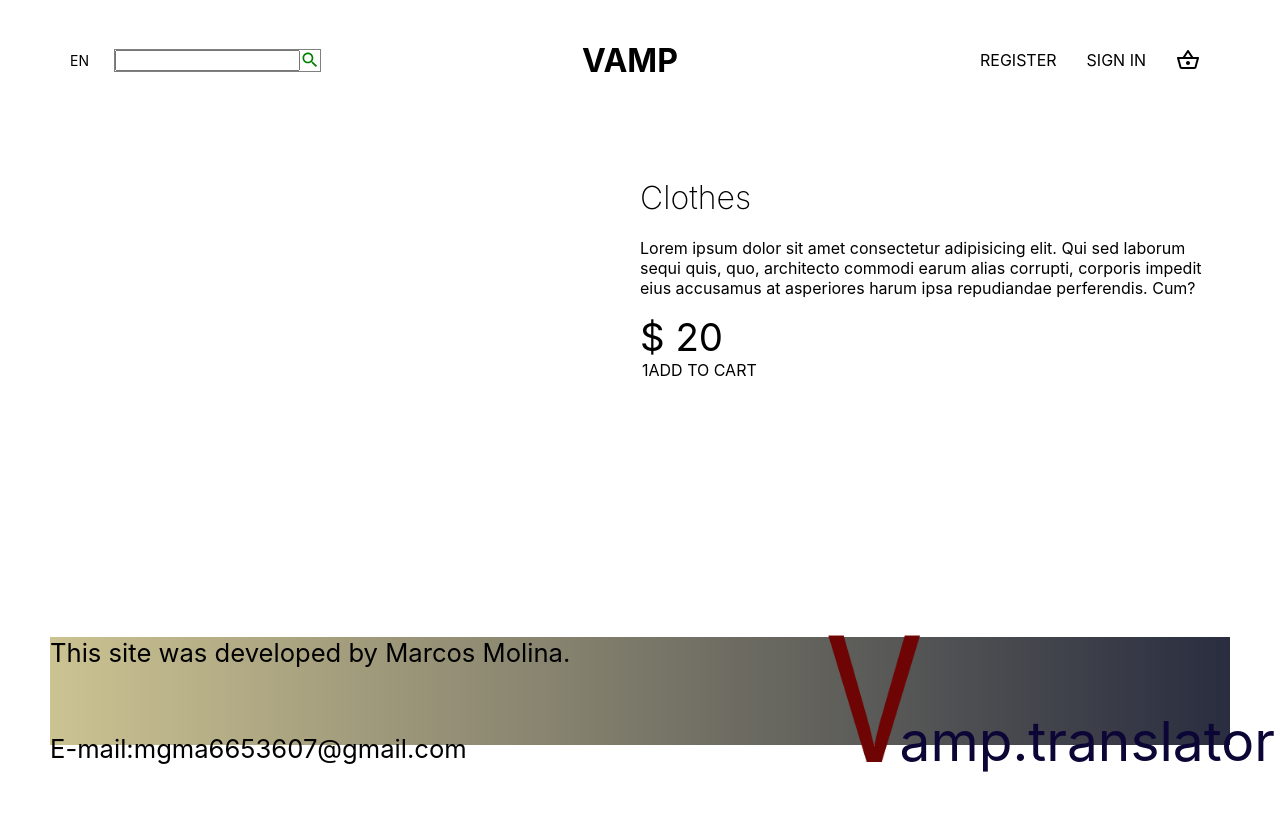
Repository: mgma2005/ecoeli
Page: /
The author's editor kept a copy of each file at every save. The page is drawn from the files as they stood at one save, then again after a run of saves.
The browser window is 1280 px wide. The pictures show the part of the page from y = 173 to 993 px (the page is 993 px tall).
The project was rebuilt for these pictures with package versions that can differ from the ones it lists, and the page was loaded fresh each time. Also part of the build but not shown: src/App.css.

Above is the page before, as saved 2022-05-14 18:06:46.

### src/App.js

import './App.css';
//import Home from './pages/Home';
import React from 'react';
//import ProductList from './pages/ProductList';
import Product from './pages/Product';


function App() {
  return <Product />
}

export default App;

### src/pages/Product.jsx
import { Add } from "@material-ui/icons";
import { Remove } from "@material-ui/icons";
import styled from "styled-components";
import Announcement from "../Components/Announcement";
import Navbar from '../pages/Navbar';
import Footer from '../Components/Footer';




const Container = styled.div`
  padding: 50px;

`;

const Wrapper = styled.div`
  display: flex;
`;

const ImgContainer = styled.div`
  flex: 1;
`;

const Image = styled.div`
  width: 100%;
  height: 90vh;
  object-fit: cover;
  background
`;

const InfoContainer = styled.div`
  flex: 1;
  padding: 0px 50 px;
`;

const Title = styled.h1`
  font-weight: 200;
  margin-top: 20%;
`;

const Desc = styled.p``;

const Price = styled.span`
  font-size: 3vw;
`;

const AddContainer = styled.option`
  display: flex;
  align-items: center;
  width: 50%;
  justify-content: space-between;
`;
const AmountContainer = styled.div`
  display: flex;
  align-items: center;
`;
const Amount = styled.span``;

const Button = styled.button`

`;


const Product = ({ item }) => {
  return (
    <Container>
        <Announcement/>
        <Navbar/>
        <Wrapper>
        <ImgContainer>
        <Image src=""/>
        </ImgContainer>
        <InfoContainer>
          <Title>Clothes</Title>
          <Desc>Lorem ipsum dolor sit amet consectetur adipisicing elit. Qui sed laborum sequi quis, quo, architecto commodi earum alias corrupti, corporis impedit eius accusamus at asperiores harum ipsa repudiandae perferendis. Cum? </Desc>
          <Price>$ 20</Price>
          <AddContainer>

            <AmountContainer>
              <Remove/>
              <Amount>1</Amount>
              <Add/>
            </AmountContainer>
            <Button>ADD TO CART</Button>
          </AddContainer>
        </InfoContainer>
      </Wrapper>
      <Footer />
    </Container>
  );
};

export default Product;

### src/Components/Announcement.jsx
import styled from "styled-components";
import React from "react";

const Text = styled.div`
  font-size: 5vw;
  text-align: center;
  background-image: url("https://img.freepik.com/foto-gratis/bandera-argentina-sobre-fondo-blanco_532129-292.jpg?w=900");
  background-size: 20vw;
  background-repeat: no-repeat;
  background-position: center;



`

const P = styled.div`
  font-size: 3vw;
`


const Announcement = () => {
  return (
    <Text>
          Wellcome to Miss Argentina...
        <P>
          the most beautifull footwear ever!
        </P>
    </Text>
  )
}

export default Announcement

### src/pages/Navbar.jsx
import React from 'react';
import styled from 'styled-components';
import { Search, ShoppingBasketOutlined } from "@material-ui/icons";
import { Badge } from '@material-ui/core';



const Container = styled.div`
height: 60px;

`

const Wrapper = styled.div`
padding: 10px 20px;
display: flex;
align-items: center;
justify-content: space-between;

`

const Left = styled.div`
flex: 1;
display: flex;
align-items: center;
`

const Language = styled.span`
    font-size: 14px;
    cursor: pointer;
`

const SearchContainer = styled.div`
    border: 1px solid gray;
    display: flex;
    align-items: center;
    margin-left: 25px;
`

const Input = styled.input`
    border= none;
`
const Logo = styled.h1`
    font-weight: bold;
`


const Center = styled.div`
flex: 1;
text-align: center;
`
const Right = styled.div`
flex: 1;
display: flex;
align-items: center;
justify-content: flex-end;
`

const MenuItem = styled.div`
    font-size= 14px;
    cursor: pointer;
`

function Navbar() {
    return (
        <Container>
            <Wrapper>
            <Left>
               <Language>EN</Language>
               <SearchContainer>
                   <Input/>
                   <Search style={{color:"green", fontSize: 20}}/>
               </SearchContainer>
            </Left>
            <Center><Logo>VAMP</Logo></Center>
            <Right style={{padding: 5, margin: 5}}>
                <MenuItem>REGISTER</MenuItem>
                <MenuItem style={{padding: 30}}>SIGN IN</MenuItem>
                <MenuItem>
                <Badge badgecontent={4} color="primary">
                    <ShoppingBasketOutlined/>
                </Badge>
                </MenuItem>

            </Right>
            </Wrapper>
        </Container>
    );
}

export default Navbar;

### src/Components/Footer.jsx
import React from 'react';
import '../style.css';

  function Footer() {
	return (
		<div className="row">
			<div className="cont2">
				<div className="thissite">This site was developed by Marcos Molina.</div>
				<div className="email">E-mail:mgma6653607@gmail.com</div>
				<div className="col-6">
					<div className="V">V</div>
					<div className="ampi">amp.translator</div>
				</div>
			</div>
		</div>
	);
}

export default Footer;

### src/style.css
.cont2{

    width: 100%;
    height: 15vh;;
    background: linear-gradient(to right, rgb(204, 195, 146),rgb(41, 45, 63));

}

.thissite{
    font-size: 2vw;
    width: 70vw;

    margin-top: -6%;

}

.email{
    font-size: 2vw;
    align-content: center;
    margin-top: 5.5%;

}

.V{

        color: rgb(110, 4, 4);
        font-family: Courier;
        font-size: 15vw;
        margin-left: 64%;
        margin-top: -13.7%;



        animation-name: vamp;
        animation-timing-function: linear;
        animation-duration: 4s;
        -webkit-transform-origin-x: 5vw;
        animation-iteration-count: infinite;
    }
    @keyframes vamp{
        from{transform: rotateY(0deg);}
        to{transform: rotateY(360deg);}
    }


.ampi{
    font-size: 4.3vw;
    margin-left: 72%;
    margin-top: -9.5%;
    color: rgb(11, 6, 53);



}

Loaded but not shown: public/index.html (common file); src/index.js (common file); src/index.css (common file); src/reportWebVitals.js (common file)

After the next 2 saves:
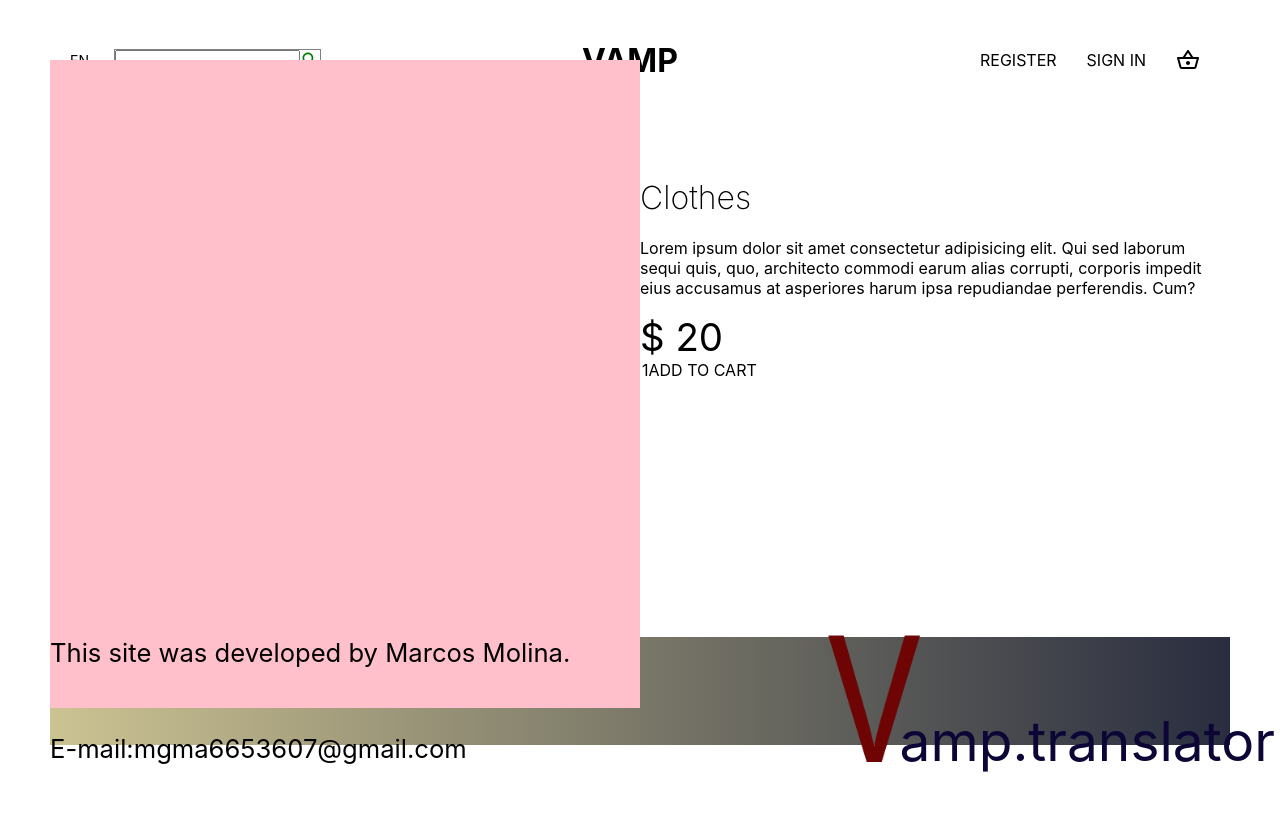
The 2 saves are shown as one change because they came seconds apart.
The last was saved 10 s later.
--- a/src/pages/Product.jsx
+++ b/src/pages/Product.jsx
@@ -25,7 +25,7 @@
   width: 100%;
   height: 90vh;
   object-fit: cover;
-  background
+  background-color: pink;
 `;
 
 const InfoContainer = styled.div`

After the save that followed:
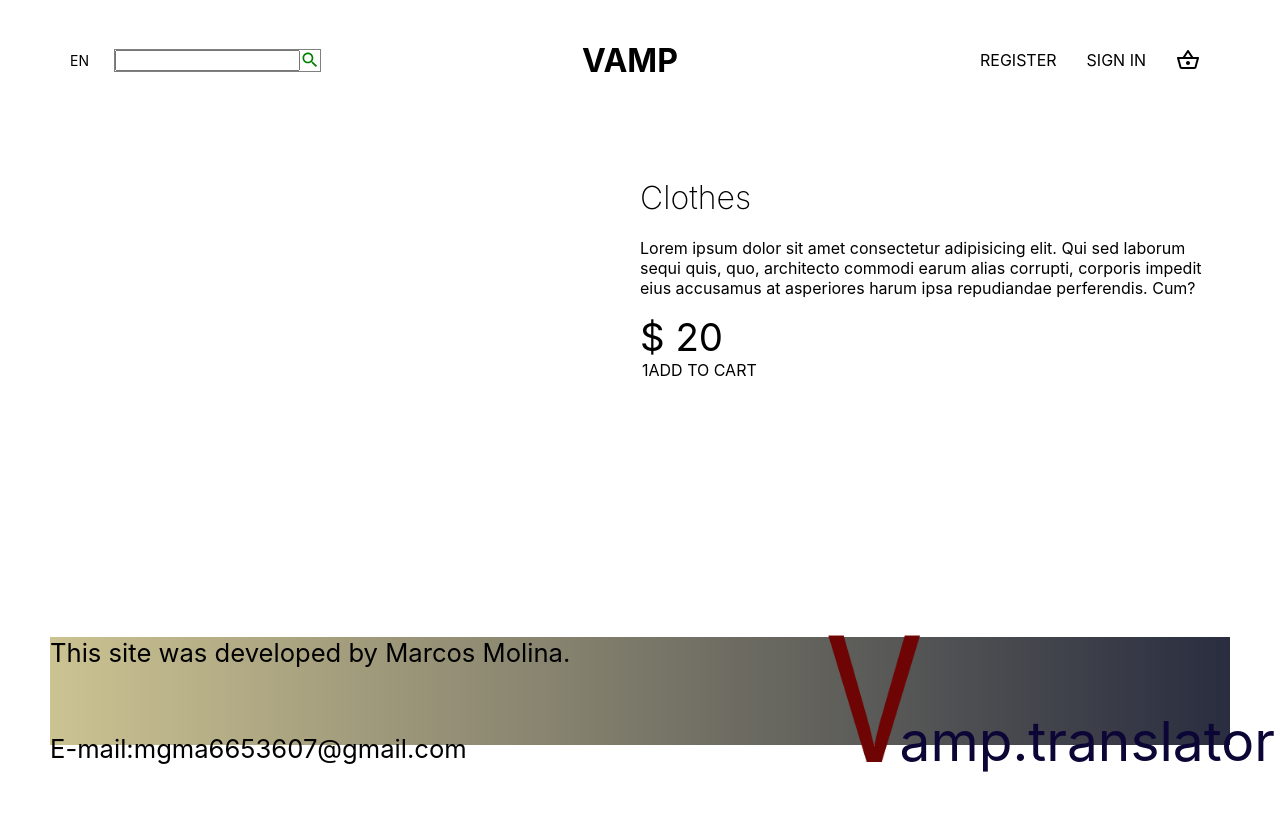
Saved 19 s later.
--- a/src/pages/Product.jsx
+++ b/src/pages/Product.jsx
@@ -24,8 +24,6 @@
 const Image = styled.div`
   width: 100%;
   height: 90vh;
-  object-fit: cover;
-  background-color: pink;
 `;
 
 const InfoContainer = styled.div`
